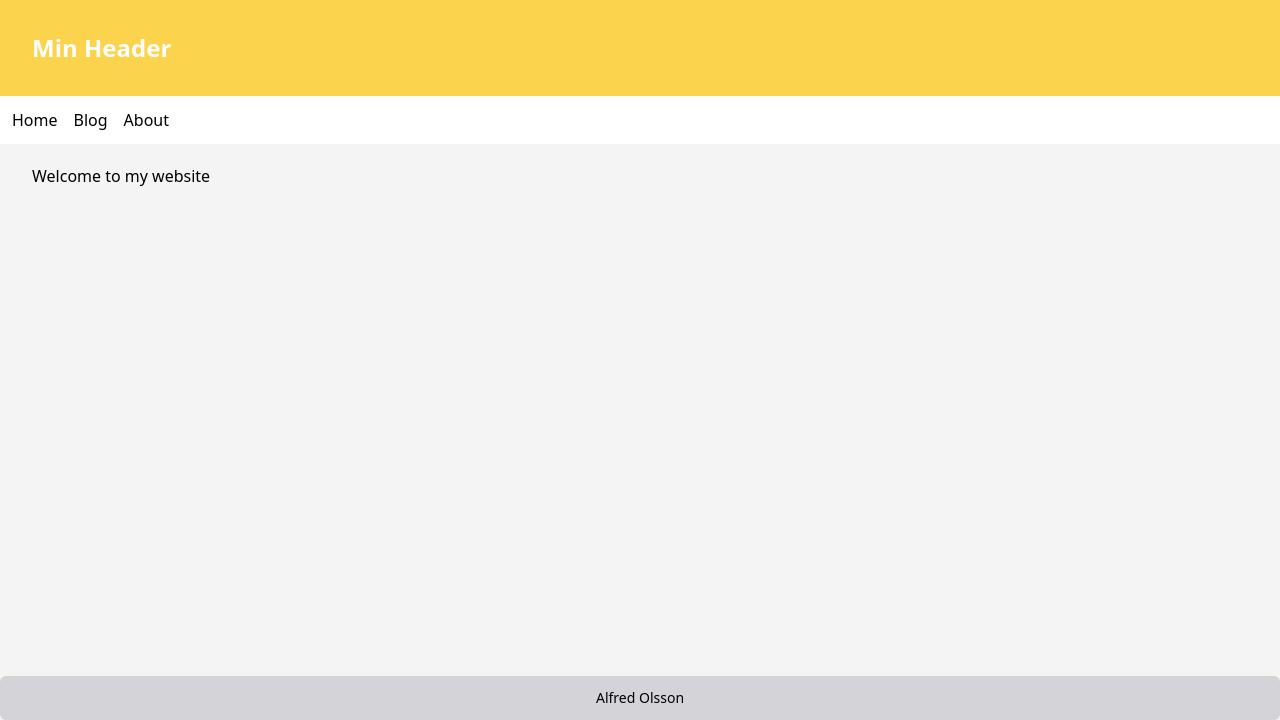
Repository: AlligatorAffe/NextWebsite
Page: /
An editor plug-in stored every save of this project. The page is shown before and after the next save, followed by the edit.
The browser window is 1280 px wide. The pictures show the whole page.
The project was rebuilt for these pictures with package versions that can differ from the ones it lists, and the page was loaded fresh each time. The framework's server and built-in components were replaced by stand-ins that run in the browser. Also part of the build but not shown: next.config.js.

Above is the page before, as saved 2024-01-04 22:00:30.

### app/layout.tsx
import './globals.css'
import { Metadata } from 'next'
import Link from 'next/link'




export const metadata: Metadata = {
  title: 'My webbpage',
  description: 'Welcome to Next.js',
}

/**
 *
 *
 *
 *
 *
 *

const inter = Inter({ subsets: ['latin'] })

export const metadata: Metadata = {
  title: 'Create Next App',
  description: 'Generated by create next app',
}

export default function RootLayout({
  children,
}: {
  children: React.ReactNode
}) {
  return (
    <html lang="en">
      <body>{children}</body>
    </html>
  )
}

 */

export default function RootLayout({
  // Layouts must accept a children prop.
  // This will be populated with nested layouts or pages
  children,

}: {
  children: React.ReactNode
}) {
  const navLinks = [
    { href: '/', label: 'Home' },
    { href: '/blogpost', label: 'Blog' },
    { href: '/about', label: 'About' },
  ];
  return (
    <html lang="en">
      <body className="flex flex-col min-h-screen bg-zinc-100 text-black">
        <div className="flex-grow">
          <header className="bg-amber-300 p-8">
            <h1 className="text-2xl font-bold text-white">Min Header</h1>
          </header>

          <nav className="bg-white p-3">
            <ul className="flex space-x-4">
              {navLinks.map((link, index) => (
                <li key={index}>
                  <Link href={link.href} >
                    {link.label}
                  </Link>
                </li>
              ))}
            </ul>
          </nav>
          <div className='pt-5 p-8'>
            {children}
          </div>

        </div>
        <footer className="bg-zinc-300 rounded-md p-3">
          <h3 className="text-black text-center text-sm font-medium">Alfred Olsson</h3>
        </footer>
      </body>
    </html>

  )
}

### app/template.tsx



export default function Template({ children }: { children: React.ReactNode }) {
    return <div>{children}</div>
  }

### app/page.tsx
import Image from 'next/image'
import { Metadata } from 'next'
import Link from 'next/link'

/*
export default function Page() {
  return <div >
      <h1 >
        Welcome to my website
      </h1>
    </div>

}
*/


export const metadata: Metadata = {
  title: 'My Page Title',
}

export default function Page() {
  return <div >
  <h1 >
    Welcome to my website
  </h1>

</div>
}

Loaded but not shown: app/globals.css (common file); tailwind.config.ts (common file)

After the next save:
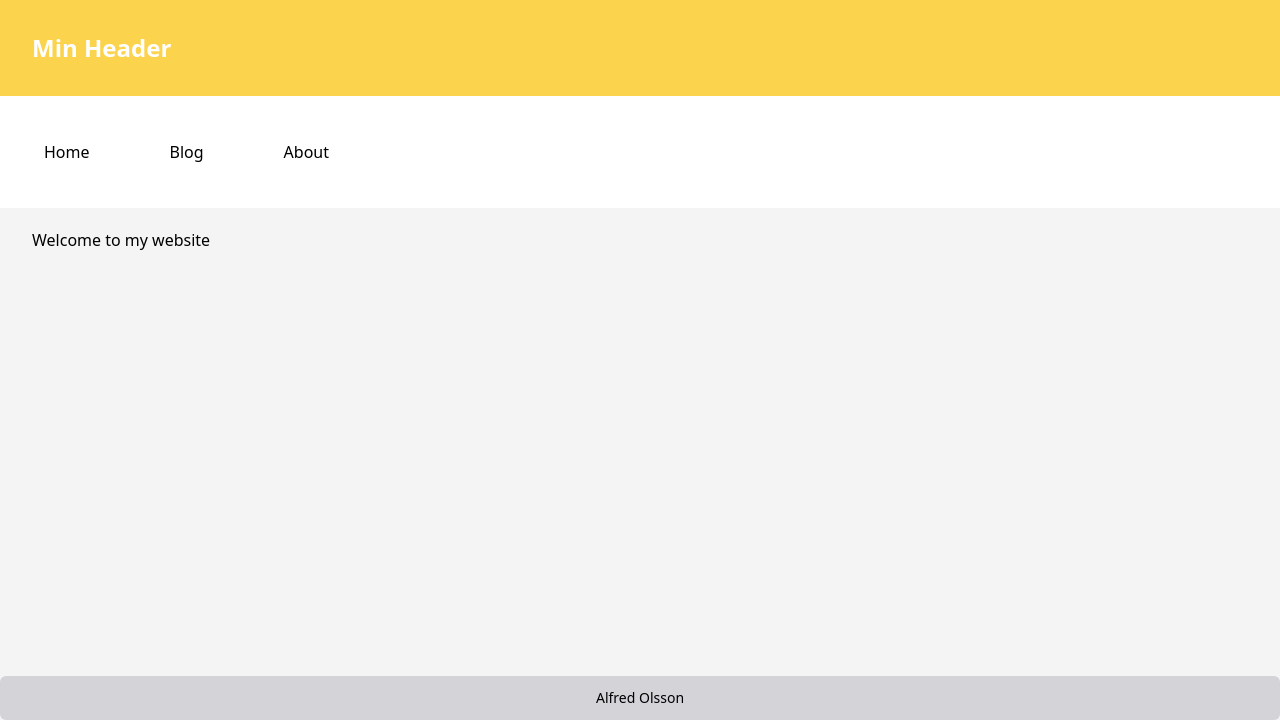
Saved 43 s later.
--- a/app/layout.tsx
+++ b/app/layout.tsx
@@ -64,9 +64,12 @@ export default function RootLayout({
             <ul className="flex space-x-4">
               {navLinks.map((link, index) => (
                 <li key={index}>
-                  <Link href={link.href} >
-                    {link.label}
-                  </Link>
+                  <div className="p-8">
+                    <Link href={link.href} >
+                      {link.label}
+                    </Link>
+                  </div>
+
                 </li>
               ))}
             </ul>
